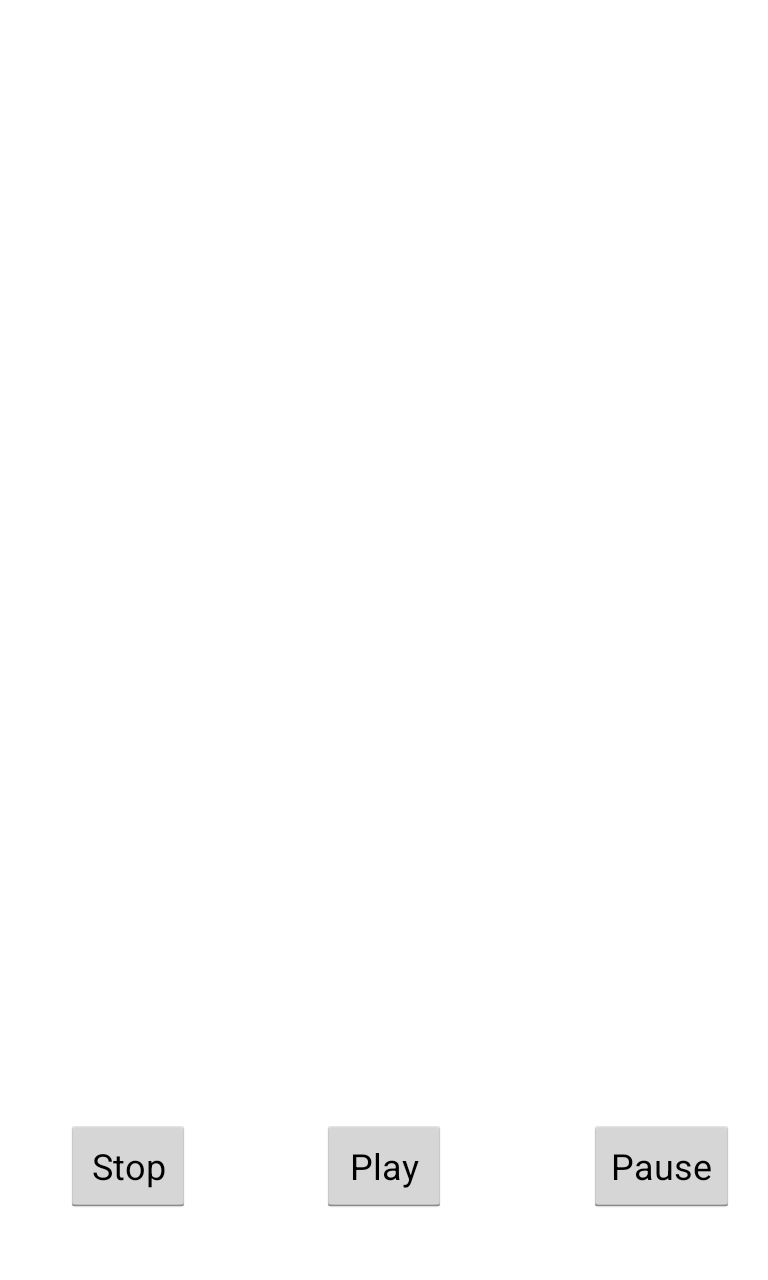
Repository: dioxcide/Android_App_Development
Layout: MusicPlayer/res/layout/music_list.xml
The author's editor kept a copy of each file at every save. The layout is drawn from the files as they stood at one save, then again after the next save.
It is drawn on a 768 x 1280 px phone screen (xhdpi) without system bars, with theme AppTheme; the app's code is not run. Lists and similar views that code fills are empty.

Above is the layout before, as saved 2014-08-18 21:13:45.

After the next save:
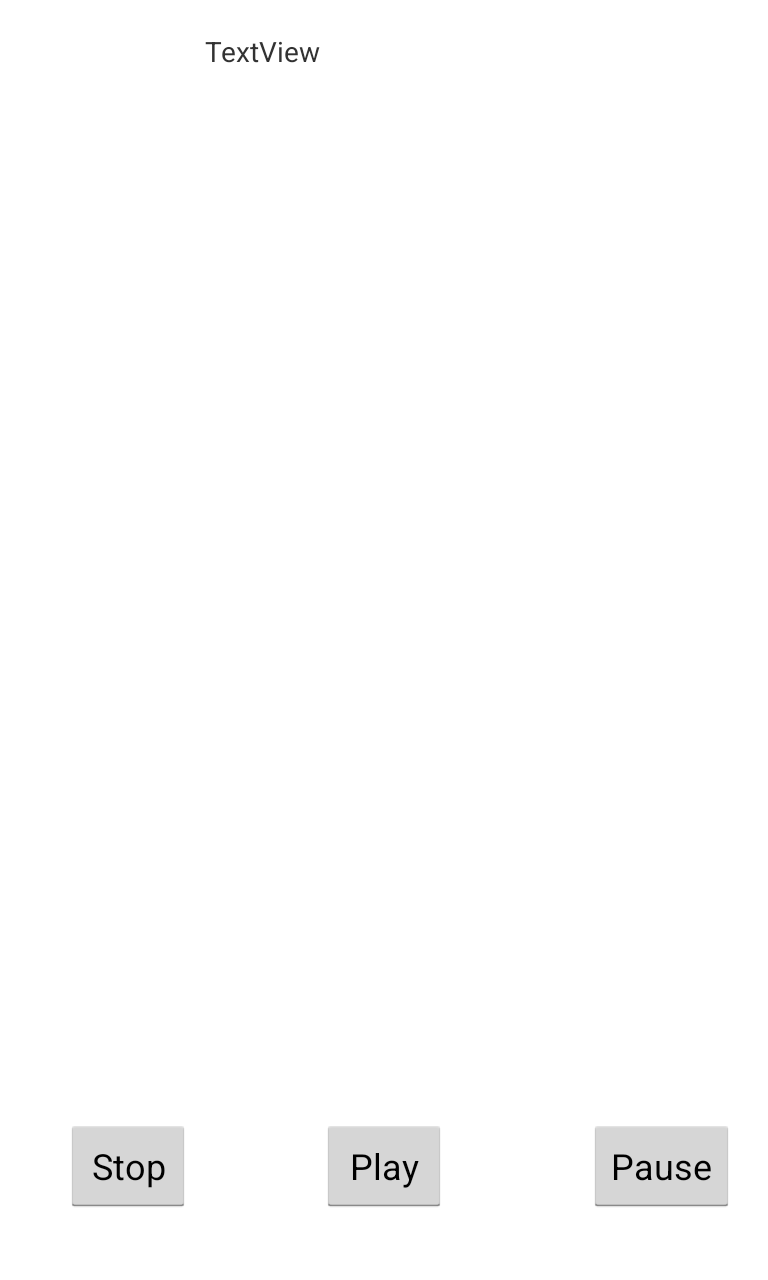
Saved 10 s later.
--- a/MusicPlayer/res/layout/music_list.xml
+++ b/MusicPlayer/res/layout/music_list.xml
@@ -52,4 +52,12 @@
         android:layout_centerHorizontal="true"
         android:text="@string/Play" />
 
+    <TextView
+        android:id="@+id/textView1"
+        android:layout_width="wrap_content"
+        android:layout_height="wrap_content"
+        android:layout_alignParentTop="true"
+        android:layout_toLeftOf="@+id/Play"
+        android:text="TextView" />
+
 </RelativeLayout>
